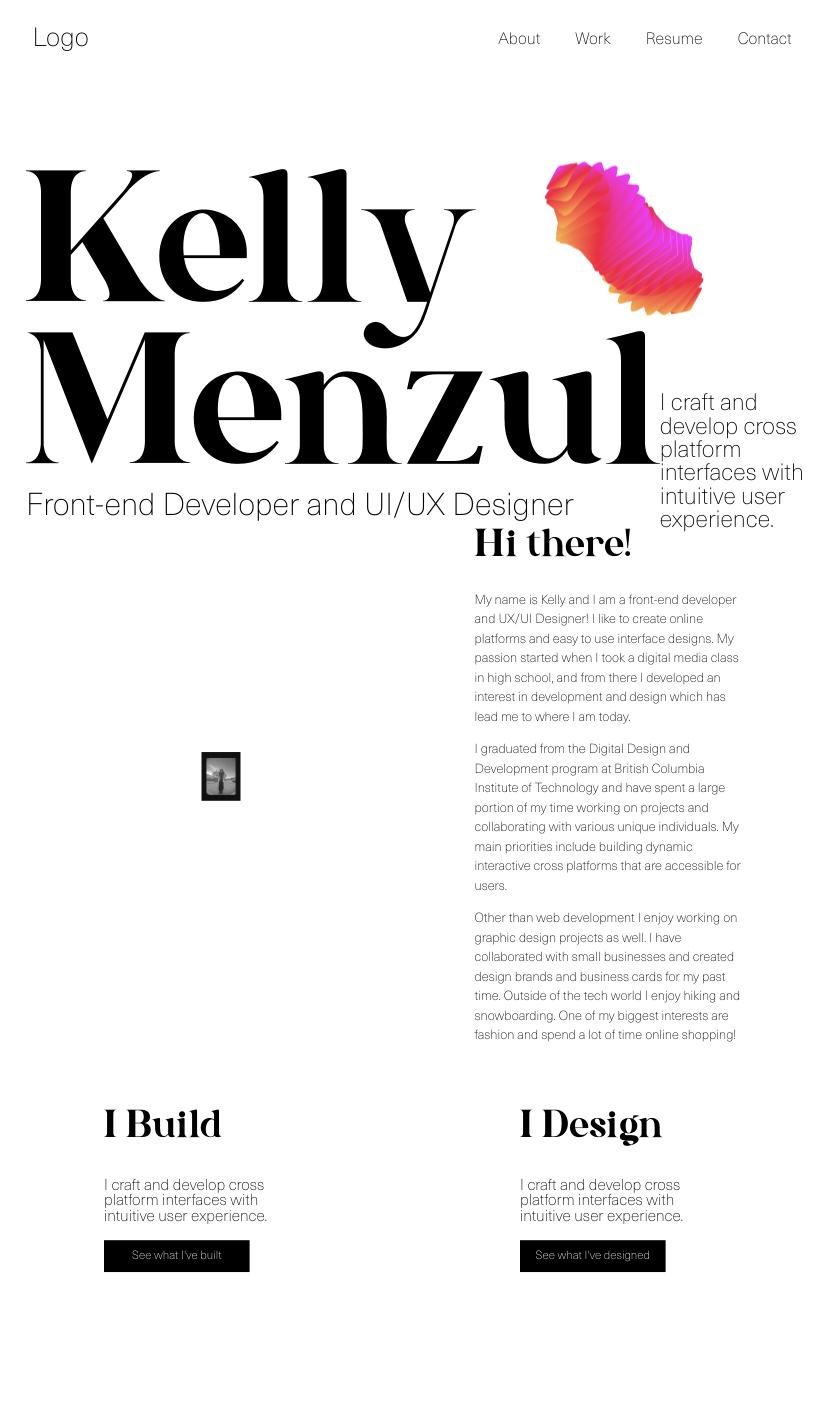
Repository: KellyMenzul/Kelly-Menzul
Page: /
These files come from the project's save history. The page is drawn as it stood at one moment and after the next save; the edit follows.
The browser window is 1280 px wide. The pictures show the whole page, at 65% of full size.
The project was rebuilt for these pictures with package versions that can differ from the ones it lists, and the page was loaded fresh each time. The framework's server and built-in components were replaced by stand-ins that run in the browser. Also part of the build but not shown: next.config.js.

Above is the page before, as saved 2022-01-20 15:10:35.

### pages/_document.js
import Document from 'next/document';
import { ServerStyleSheet } from 'styled-components';

export default class MyDocument extends Document {
 static async getInitialProps(ctx) {
   const sheet = new ServerStyleSheet();
   const originalRenderPage = ctx.renderPage;

   try {
     ctx.renderPage = () =>
       originalRenderPage({
         enhanceApp: (App) => (props) =>
           sheet.collectStyles(<App {...props} />),
       });

     const initialProps = await Document.getInitialProps(ctx);
     return {
       ...initialProps,
       styles: (
         <>
           {initialProps.styles}
           {sheet.getStyleElement()}
         </>
       ),
     };
   } finally {
     sheet.seal();
   }
 }
}

### pages/index.js
import Image from 'next/image'
import styled from 'styled-components'
import MenuBar from '../comps/MenuBar'
import Name from '../comps/Name'
import Position from '../comps/Position'
import Intro from '../comps/Intro'
import Head from '../comps/Head'
import Work from '../comps/Work'
import { useState, useEffect } from "react";
import Load from '../comps/Load'


const Holder = styled.div`
display:flex;
flex-direction:column;
width:100%;
flex-wrap:wrap;
`
const MenuHolder = styled.div`
display:flex;
flex-direction:column;
width:100%;
position:fixed;
`
const LandingHolder = styled.div`
display:flex;
position:relative;
width:100%;
height:100vh;
padding:40px;
flex-wrap:wrap;
`
const LandingHolderLeft = styled.div`
display:flex;
width:100%;
flex:2;
flex-direction:column;
justify-content:flex-end;
`

const LandingHolderRight = styled.div`
display:flex;
flex:1;
align-items:flex-end;
justify-content:flex-end;
`

const NameHolder = styled.div``

const IntroHolder = styled.div`
display:flex;
`
// About

const AboutHolder = styled.div`
display:flex;
flex-direction:row;
width:100%;
height:100vh;
padding:40px;
flex-wrap:wrap;
`

const  AboutHolderLeft = styled.div`
flex:1;
display:flex;
flex-direction:column;
justify-content:center;
align-items:center;
`

const  AboutHolderRight = styled.div`
display:flex;
flex-direction:column;
align-items:center;
justify-content:center;
flex:1;
`
const AboutMeHolder = styled.div`
display:flex;
flex-direction:column;
width:70%;
`

// work

const WorkHolder = styled.div `
display:flex;
flex-direction:row;
width:100%;
height:100vh;
flex-wrap:wrap;
`
const  WorkHolderLeft = styled.div`
display:flex;
align-items:center;
justify-content:center;
flex:1;
`

const  WorkHolderRight = styled.div`
flex:1;
display:flex;
align-items:center;
justify-content:center;
`

const LoadHolder = styled.div`
position:absolute;
z-index:-1;
left:50% ;
bottom:4%;
`
const TextHolder  =styled.div``

const HeroImage = styled.img`
width:10%;
`

export default function Home() {
  // const [setup1, setSetup1] =  useState(false)

  // if (setup1 === false) {
  //   setTimeout(() => {
  //     setSetup1(true)
  //   },5000)

  //   return <LoadHolder>
  //     <Load/>
  //     <TextHolder>Welcome</TextHolder>
  //   </LoadHolder>
  // }

  return (
    <Holder>
      <MenuHolder>
        <MenuBar />
      </MenuHolder>


      <LandingHolder id='landing'>
        <LoadHolder>
          <Load/>
        </LoadHolder>

        <LandingHolderLeft>
          <NameHolder>
            <Name/>
            <Position topmargin='-160px'/>
          </NameHolder>
        </LandingHolderLeft>

        <LandingHolderRight>
          <IntroHolder>
           <Intro/>
          </IntroHolder>
        </LandingHolderRight>
      </LandingHolder>

      <AboutHolder id='about'>
        <AboutHolderLeft>
          <HeroImage width="70%" src='/me.png'/>
        </AboutHolderLeft>
        <AboutHolderRight>
            <AboutMeHolder>
              <Head text='Hi there!'/>
              <Position fontsize='20px' text='My name is Kelly and I am a front-end developer and UX/UI Designer! I like to create online platforms and easy to use interface designs. My passion started when I took a digital media class in high school, and from there I developed an interest in development and design which has lead me to where I am today.'/>
              <Position fontsize='20px' text='I graduated from the Digital Design and Development program at British Columbia Institute of Technology and have spent a large portion of my time working on projects and collaborating with various unique individuals. My main priorities include building dynamic interactive cross platforms that are accessible for users.'/>
              <Position fontsize='20px' text='Other than web development I enjoy working on graphic design projects as well. I have collaborated with small businesses and created design brands and business cards for my past time. Outside of the tech world I enjoy hiking and snowboarding. One of my biggest interests are fashion and spend a lot of time online shopping!'/>
            </AboutMeHolder>
        </AboutHolderRight>
      </AboutHolder>

      <WorkHolder id='work'>
        <WorkHolderLeft>
          <Work routeTo='/development' buttontext="See what I've built" text='I craft and develop cross platform interfaces with intuitive user experience.' headerhere='I Build'/>
        </WorkHolderLeft>
        <WorkHolderRight>
          <Work routeTo='/design' buttontext="See what I've designed" text='I craft and develop cross platform interfaces with intuitive user experience.' headerhere='I Design'/>
        </WorkHolderRight>
      </WorkHolder>



    </Holder>
  )
}

### styles/globals.css
@font-face {
  font-family: "textbold";
  src: url(../public/fonts/NeueHaasUnica/NeueHaasUnica-Bold.ttf);
  font-display: swap;
}

@font-face {
  font-family: "textlight";
  src: url(../public/fonts/NeueHaasUnica/NeueHaasUnica-ExtraLight.ttf);
  font-display: swap;
}

@font-face {
  font-family: "heading";
  src: url(../public/fonts/GishellaMorely/Gishella\ Morely.ttf);
  font-display: swap;
}

html,
body {
  padding: 0;
  margin: 0;
  font-family: "textlight";
  scroll-behavior: smooth;
}


a {
  color: inherit;
  text-decoration: none;
}

* {
  box-sizing: border-box;
}

### comps/MenuBar/index.js
import styled from "styled-components";
import React from "react";
import Link from "next/link";

const Holder = styled.div `
display:flex;
align-items:center;
justify-content:center;
width:100%;
background: rgb(255,255,255);
background: linear-gradient(180deg, rgba(255,255,255,1) 0%, rgba(148,187,233,0) 100%);
`
const LogoHolder = styled.div `
margin-left:50px;
`

const Left = styled.div`
flex:1;
`

const Right = styled.div`
flex:1;
display:flex;
justify-content:flex-end;
`

const MenuButtonHolder = styled.div`
display:flex;
flex-firection:row;
width:100%;
justify-content:flex-end;
gap:30px;
margin-right:50px;
`

const MenuButton = styled.button`
border-style:none;
background-color:${props=>props.bgcolor};
font-family:"textlight";
font-size:25px;
color:black;
padding:12px;

&:hover {
    text-decoration:underline;
}
`

const Logo = styled.p`
font-size:40px;
`


const MenuBar = ({
    onButtonPress=()=>{},
    bgcolor="transparent",
}) => {

    return <Holder>
        <Left>
            <Link href="#landing">
            <LogoHolder>
                <Logo>Logo</Logo>
            </LogoHolder>
            </Link>
        </Left>
        <Right>
            <MenuButtonHolder>
                <Link href="#about">
                    <MenuButton bgcolor={bgcolor} onClick={()=>{onButtonPress()}}>About</MenuButton>
                </Link>

                <Link href="#work">
                <MenuButton bgcolor={bgcolor}>Work</MenuButton>
                </Link>

                <MenuButton bgcolor={bgcolor}>Resume</MenuButton>

                <Link href="mailto:kmnzul@gmail.com">
                <MenuButton bgcolor={bgcolor}>Contact</MenuButton>
                </Link>

            </MenuButtonHolder>
        </Right>
    </Holder>
}

export default MenuBar;

### comps/Name/index.js
import styled from "styled-components";
import React from "react";
import { style } from "@mui/system";

const TextHolder = styled.div `
dispay:flex;
flex-wrap:wrap;
width:100%;

`

const Text = styled.h1`
font-family:"heading";
font-size:288px;
font-weight:400;
line-height:250px;
`

const Name = ({}) => {
    return <TextHolder>
        <Text>Kelly Menzul</Text>
        </TextHolder>

}

export default Name;

### comps/Position/index.js
import styled from "styled-components";
import React from "react";

const TextHolder = styled.div`
dispay:flex;
flex-wrap:wrap;
width:100%;
`

const Text = styled.p`
font-family:"textlight";
font-size:${props=>props.fontsize};
font-weight:400;
margin-top:${props=>props.topmargin};
line-height:30px;
`
// margin-top:-160px;
const Position = ({
    text = "Front-end Developer and UI/UX Designer",
    fontsize = "48px",
    topmargin = "0px"
}) => {
    return <TextHolder>
    <Text topmargin={topmargin} fontsize={fontsize}>{text}</Text>
    </TextHolder>
}

export default Position;

### comps/Intro/index.js
import styled from "styled-components";
import React from "react";

const TextHolder = styled.div `
dispay:flex;
flex-wrap:wrap;
width:100%;

`

const Text = styled.h1`
font-family:"textlight";
font-weight:400;
font-size:36px;
`

const Intro = ({}) => {
    return <TextHolder>
        <Text>I craft and develop cross platform interfaces with intuitive user experience.</Text>
        </TextHolder>

}

export default Intro;

### comps/Head/index.js
import styled from "styled-components";
import React from "react";

const TextHolder = styled.div `
dispay:flex;
flex-wrap:wrap;
width:100%;

`

const Text = styled.h1`
font-family:"heading";
font-size:${props=>props.headsize};
font-weight:400;
`

const Head = ({
    headsize="60px",
    text="Heading"
}) => {
    return <TextHolder>
        <Text headsize={headsize}>{text}</Text>
        </TextHolder>

}

export default Head;

### comps/Work/index.js
import styled from "styled-components";
import React from "react";
import Head from "../Head";
import Position from "../Position";
import router, {useRouter} from 'next/router';

const Holder = styled.div `
display:flex;
flex-direction:column;
width:50%;
`

const Header = styled.h2 `
font-family:"heading";
font-size:${props=>props.headsize};
font-weight:400;
`

const Text = styled.p `
font-family:"textlight";
font-size:${props=>props.fontsize};
font-weight:400;
margin-top:${props=>props.topmargin};
`

const Button = styled.button `
border-style:none;
font-family:"textlight";
color:white;
background-color:black;
font-size:18px;
padding:15px;
width:70%;
transition:1s;

&: hover {
    background-color:#FF312E;
}


`

// margin-top:-160px;
const Work = ({
    headsize="60px",
    text = "text",
    fontsize = "24px",
    topmargin = "0px",
    headerhere='header',
    buttontext =  "buttontext",
    routeTo = '/.'

}) => {
    return <Holder>
        <Header headsize={headsize}>{headerhere}</Header>
        <Text topmargin={topmargin} fontsize={fontsize}>{text}</Text>
        <Button onClick={()=>router.push(routeTo)}>{buttontext}</Button>

    </Holder>
}

export default Work;

### comps/Load/index.js
import styled from 'styled-components';
import React, {useEffect, useRef, useState} from 'react';
import lottie from 'lottie-web';


const Container = styled.div`
    max-width:100%;
`

// const Buttons = styled.button``
var anim = null;


const Load = ({}) => {
    const container = useRef(null)

    useEffect(() => {
        anim = lottie.loadAnimation({
            container: container.current,
            renderer: 'svg',
            loop: true,
            autoplay:true,
            animationData: require('../../public/load.json')

        })
        lottie.setSpeed(0.1);
    }, [])

    return <Container>
        <div className="container" ref={container}></div>
    </Container>
}

export default Load;

Loaded but not shown: pages/_app.js (common file); public/load.json (1 lines, source omitted)

After the next save:
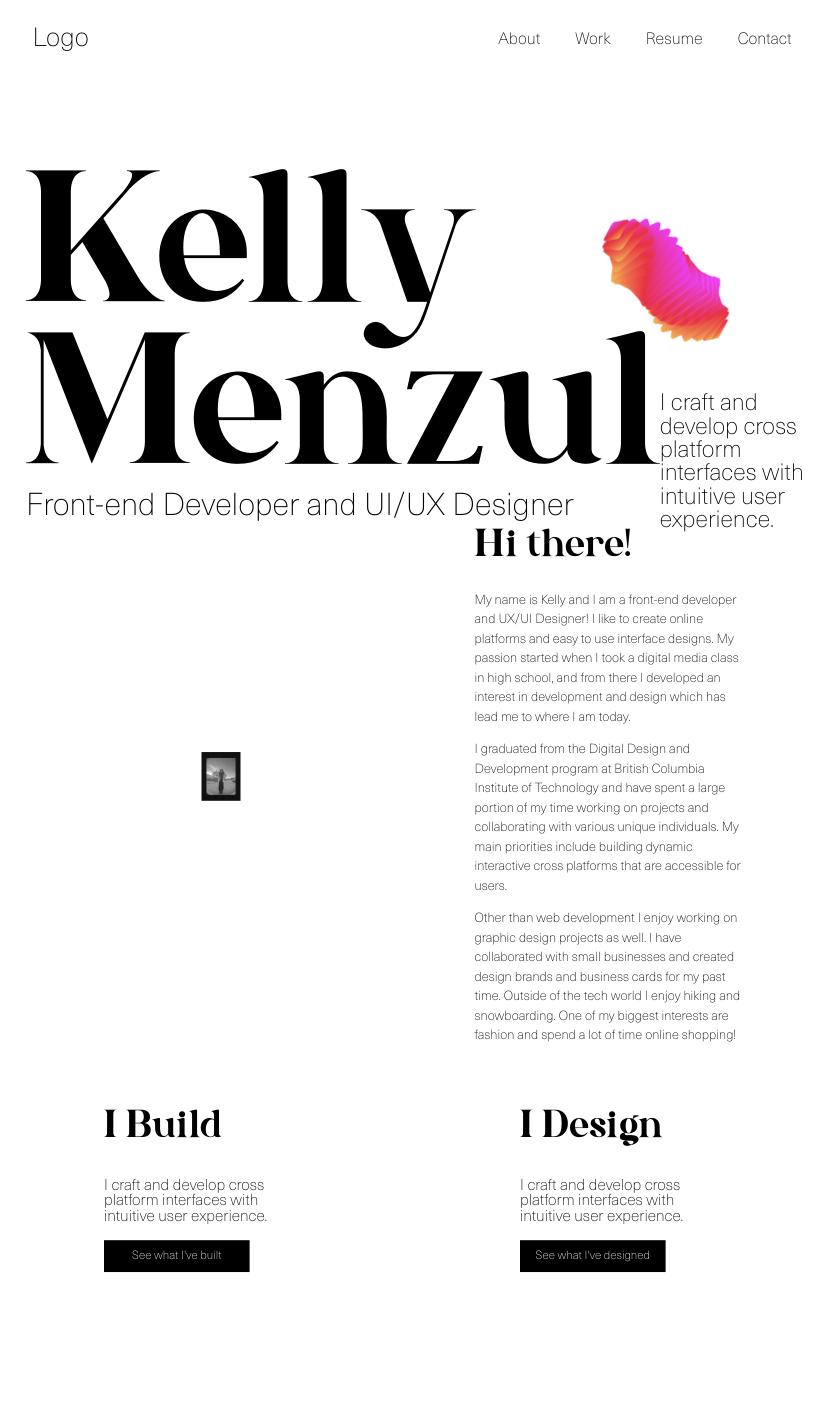
Saved 10 s later.
--- a/pages/index.js
+++ b/pages/index.js
@@ -108,7 +108,7 @@ justify-content:center;
 const LoadHolder = styled.div`
 position:absolute;
 z-index:-1;
-left:50% ;
+left:60% ;
 bottom:4%;
 `
 const TextHolder  =styled.div``
